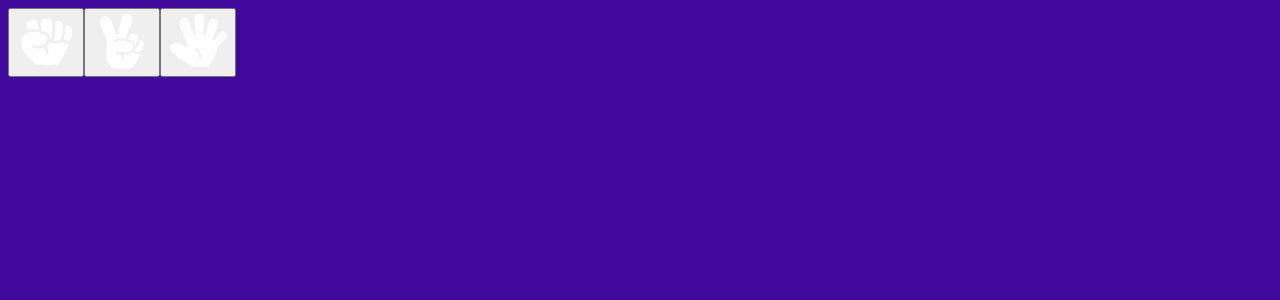
Repository: HI-CLAIRE/s.s.a.f.y_java
Page: / (app in rock-scissor-paper/)
These files come from the project's save history. The page is drawn as it stood at one moment and after a run of saves; the edit follows.
The browser window is 1280 px wide. The pictures show the whole page.
The project was rebuilt for these pictures with package versions that can differ from the ones it lists, and the page was loaded fresh each time.

Above is the page before, as saved 2022-12-13 13:52:29.

### rock-scissor-paper/public/index.html
<!DOCTYPE html>
<html lang="ko">
  <head>
    <meta charset="utf-8" />
    <title>가위바위보</title>
    <style>
      body {
        background-color: #40089a;
        color: #fff;
      }
    </style>
  </head>
  <body>
    <div id="root"></div>
  </body>
</html>

### rock-scissor-paper/src/App.js
import HandButton from "./HandButton";

function App() {
  const handleClick = (value) => console.log(value);
  return (
    <div>
      <HandButton value="rock" onClick={handleClick} />
      <HandButton value="scissor" onClick={handleClick} />
      <HandButton value="paper" onClick={handleClick} />
    </div>
  );
}

export default App;

### rock-scissor-paper/src/HandButton.js
import HandIcon from "./HandIcon";

function HandButton({ value, onClick }) {
  const handleClick = () => onClick(value);
  return (
    <button onClick={handleClick}>
      <HandIcon value={value} />
    </button>
  );
}

export default HandButton;

### rock-scissor-paper/src/HandIcon.js
import rockImg from "./assets/rock.svg";
import scissorImg from "./assets/scissor.svg";
import paperImg from "./assets/paper.svg";

const IMAGES = {
  rock: rockImg,
  scissor: scissorImg,
  paper: paperImg,
}

function HandIcon({ value }) {
  const src = IMAGES[value];
  return <img src={src} alt={value} />;
}

export default HandIcon;

### rock-scissor-paper/src/Button.js
function Button({ name, onClick }) {
  return <button onClick={onClick}>{name}</button>;
}

export default Button;

Loaded but not shown: rock-scissor-paper/src/index.js (common file)

After the next 3 saves:
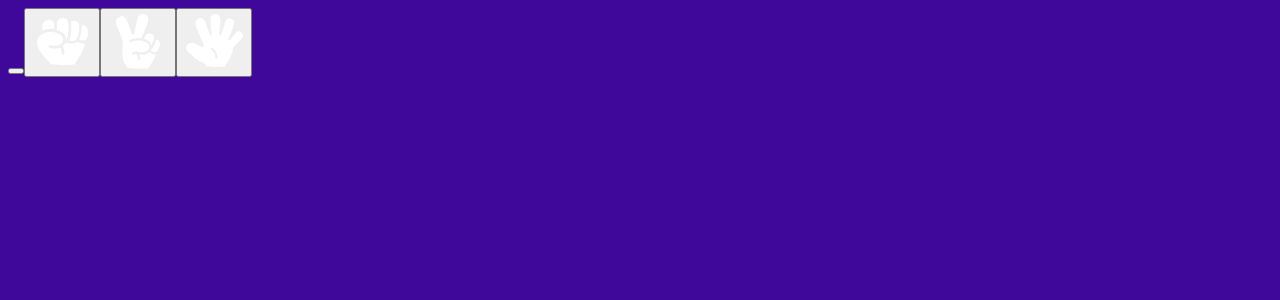
The 3 saves are shown as one change because they came seconds apart.
The last was saved 75 s later.
--- a/rock-scissor-paper/src/App.js
+++ b/rock-scissor-paper/src/App.js
@@ -1,9 +1,11 @@
+import Button from "./Button";
 import HandButton from "./HandButton";
 
 function App() {
   const handleClick = (value) => console.log(value);
   return (
     <div>
+      <Button></Button>
       <HandButton value="rock" onClick={handleClick} />
       <HandButton value="scissor" onClick={handleClick} />
       <HandButton value="paper" onClick={handleClick} />
